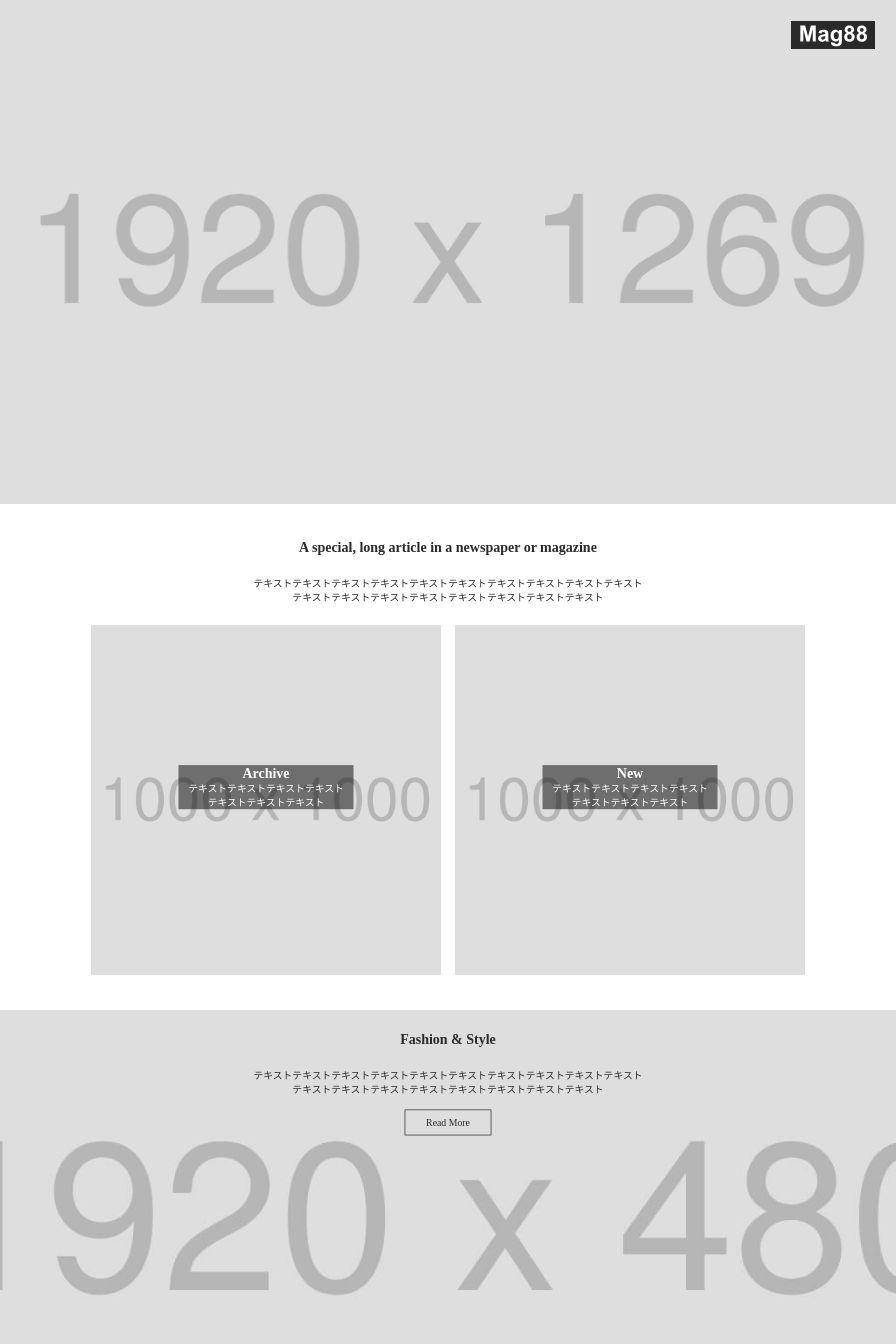
Repository: n19880405nick/challenge
Page: Codestep/Mag88/mag88.html
The author's editor kept a record of every edit. The page is drawn from the files as they stood at one moment, then again after the next edit.
The browser window is 1280 px wide. The pictures show the part of the page from y = 0 to 1920 px (the page is 3744 px tall), at 70% of full size.

Above is the page before.

### Codestep/Mag88/mag88.html
<!DOCTYPE html>
<html lang="ja">
  <head>
    <meta charset="UTF-8">
    <meta name="viewport" content="width=device-width,initial-scale=1.0">
    <title>Mag88</title>
    <link rel="stylesheet" href="mag88.css">
    <link rel="shortcut icon" href="img/favicon.ico">
  </head>

  <body>
    <main>
      <div class="main-visual">
        <img class="logo" src="img/logo.svg">
      </div>

      <div class="content1">
        <span class="title"><strong>A special, long article in a newspaper or magazine</strong></span>
        <span class="text">テキストテキストテキストテキストテキストテキストテキストテキストテキストテキスト<br>
                           テキストテキストテキストテキストテキストテキストテキストテキスト</span>
        <div class="contents-images">
          <div class="content-image">
            <a href="">
              <div class="inner">
                <span class="title"><strong>Archive</strong></span>
                <span class="inner-text">テキストテキストテキストテキスト<br>テキストテキストテキスト</span>
              </div>
            </a>
          </div>
          <div class="content-image">
            <a href="">
              <div class="inner">
                <span class="title"><strong>New</strong></span>
                <span class="inner-text">テキストテキストテキストテキスト<br>テキストテキストテキスト</span>
              </div>
            </a>
          </div>
        </div>
      </div>

      <div class="content2">
        <span class="title"><strong>Fashion & Style</strong></span>
        <span class="text">テキストテキストテキストテキストテキストテキストテキストテキストテキストテキスト<br>
                           テキストテキストテキストテキストテキストテキストテキストテキスト</span>
        <a href=""><span class="to-top">Read More</span></a>
      </div>

      <div class="content3">
        <div class="catalog-image"></div>
        <div class="catalog-text">
          <span class="title"><strong>Catalog</strong></span>
          <span class="text">
            テキストテキストテキストテキストテキストテキストテキストテキストテキスト
            テキストテキストテキストテキストテキストテキストテキストテキストテキスト
            テキストテキストテキストテキストテキストテキストテキストテキストテキスト<br><br>
            テキストテキストテキストテキストテキストテキストテキストテキストテキスト
            テキストテキストテキストテキストテキストテキストテキストテキストテキスト
            テキストテキストテキストテキストテキストテキストテキストテキストテキスト<br><br>
            テキストテキストテキストテキストテキストテキストテキストテキストテキスト
            テキストテキストテキストテキストテキストテキストテキストテキストテキスト
            テキストテキストテキストテキストテキストテキストテキストテキストテキスト
          </span>
        </div>
      </div>

      <div class="content4">
        <div class="antique-text">
          <span class="title"><strong>Antique</strong></span>
          <span class="text">
            テキストテキストテキストテキストテキストテキストテキストテキストテキスト
            テキストテキストテキストテキストテキストテキストテキストテキストテキスト
            テキストテキストテキストテキストテキストテキストテキストテキストテキスト<br><br>
            テキストテキストテキストテキストテキストテキストテキストテキストテキスト
            テキストテキストテキストテキストテキストテキストテキストテキストテキスト
            テキストテキストテキストテキストテキストテキストテキストテキストテキスト
          </span>
          <a href=""><span class="to-top">Read More</span></a>
        </div>
        <div class="antique-image"></div>
      </div>

      <div class="pre-footer">
        <a href=""><img class="logo" src="img/logo.svg"></a>
        <div class="pre-footer-list">
          <span class="pre-footer-title"><strong>タイトル</strong></span>
          <ul class="list">
            <li>- テキストテキストテキスト</li>
            <li>- テキストテキストテキスト</li>
            <li>- テキストテキストテキスト</li>
            <li>- テキストテキストテキスト</li>
            <li>- テキストテキストテキスト</li>
          </ul>
        </div>
        <div class="pre-footer-text">
          <span class="pre-footer-title"><strong>タイトルタイトルタイトル</strong></span>
          <span class="text">
            テキストテキストテキストテキストテキストテキストテキストテキストテキスト
            テキストテキストテキストテキストテキストテキストテキストテキストテキスト
            テキストテキストテキストテキストテキストテキストテキストテキストテキスト
          </span>
        </div>
      </div>

    </main>

    <footer>
      <span class="copyrights">© Mag88</span>
    </footer>
  </body>
</html>

### Codestep/Mag88/mag88.css
*{
  margin: 0;
  padding: 0;
  box-sizing: border-box;
}

body{
  font-family: Arial、Hiragino Sans、Hiragino Kaku Gothic ProN、Meiryo、sans-serif;
  font-size: 0.875rem;
  color: #2a2a2a;
}

.main-visual{
  width: 100%;
  height: 100vh;
  background-image: url("img/mainvisual.jpg");
  background-size: cover;
  background-position: center;
  position: relative;
}

.main-visual .logo{
  position: absolute;
  right: 30px;
  top: 30px;
}

.content1, .content2, .content3, .content4, .pre-footer{
  width: 1200px;
  padding: 0 5%;
  margin: 50px auto;
}

.content1{
  display: flex;
  flex-direction: column;
  align-items: center;
}

.title{
  font-size: 20px;
}

.text{
  margin: 30px 0;
  text-align: center;
}

.contents-images{
  display: flex;
  justify-content: center;
}

.content-image{
  width: 500px;
  height: 500px;
  margin: 0 10px;
  background-size: cover;
  background-position: center;
  position: relative;
}

.content-image:nth-child(1){
  background-image: url("img/magazine-archive.jpg");
}

.content-image:nth-child(2){
  background-image: url("img/magazine-new.jpg");
}

a{
  text-decoration: none;
}

a:hover{
  opacity: 0.7;
}

.inner{
  width: 50%;
  color: white;
  background-color: rgba(0, 0, 0, 0.5);
  position: absolute;
  top: 40%;
  left: 25%;
  display: flex;
  flex-direction: column;
  align-items: center;
}

.inner-text{
  text-align: center;
}

.content2{
  margin-top: 50px;
  padding-top: 30px;
  width: 100vw;
  height: 600px;
  background-image: url("img/fashion.jpg");
  background-size: cover;
  background-position: center;
  display: flex;
  flex-direction: column;
  align-items: center;
}

.to-top{
  color: #2a2a2a;
  padding: 10px 30px;
  border: solid 1px #2a2a2a;
}

.content3, .content4{
  width: 100vw;
  margin: 0;
  padding: 50px 5%;
  display: flex;
  justify-content: center;
  background-color: #f5f5f5;
}

.catalog-image, .antique-image{
  width: 500px;
  height: 500px;
  margin: 0 10px;
  background-size: cover;
  background-position: center;
}

.catalog-image{
  background-image: url("img/catalog.jpg");
}

.antique-image{
  background-image: url("img/antique.jpg");
}

.catalog-text, .antique-text{
  width: 500px;
  margin: 0 10px;
  padding-top: 40px;
  display: flex;
  flex-direction: column;
  align-items: center;
}

.catalog-text .text, .antique-text .text{
  margin-bottom: 50px;
  text-align: left;
}

.pre-footer{
  width: 100vw;
  background-color: black;
  color: white;
  padding: 100px 0;
  margin-top: 0;
  display: flex;
  justify-content: center;
}

.pre-footer .logo{
  padding-top: 50px;
}

.pre-footer-list{
  margin: 0 150px;
}

.list{
  margin-top: 20px;
  list-style: none;
}

.pre-footer-text{
  width: 390px;
  display: flex;
  flex-direction: column;
}

footer{
  display: flex;
  justify-content: center;
}

.copyrights{
  font-size: 10px;
  margin-bottom: 30px;
}

@media screen and (max-width: 896px){
  .content1, .content2{
    width: 100%;
    padding: 0 5%;
    margin: 50px auto;
  }

  .contents-images{
    flex-direction: column;
    align-items: center;
  }

  .content-image{
    width: 90vw;
    height: 90vh;
    margin-top: 30px;
  }

  .content2{
    margin-top: 50px;
    padding-top: 30px;
  }

  .content3, .content4{
    flex-direction: column;
    align-items: center;
  }

  .content4{
    margin-top: 0;
  }

  .catalog-image, .antique-image{
    width: 90vw;
    height: 90vh;
  }

  .catalog-text .text, .antique-text .text{
    margin-bottom: 0;
    width: 90vw;
  }

}

After the next edit:
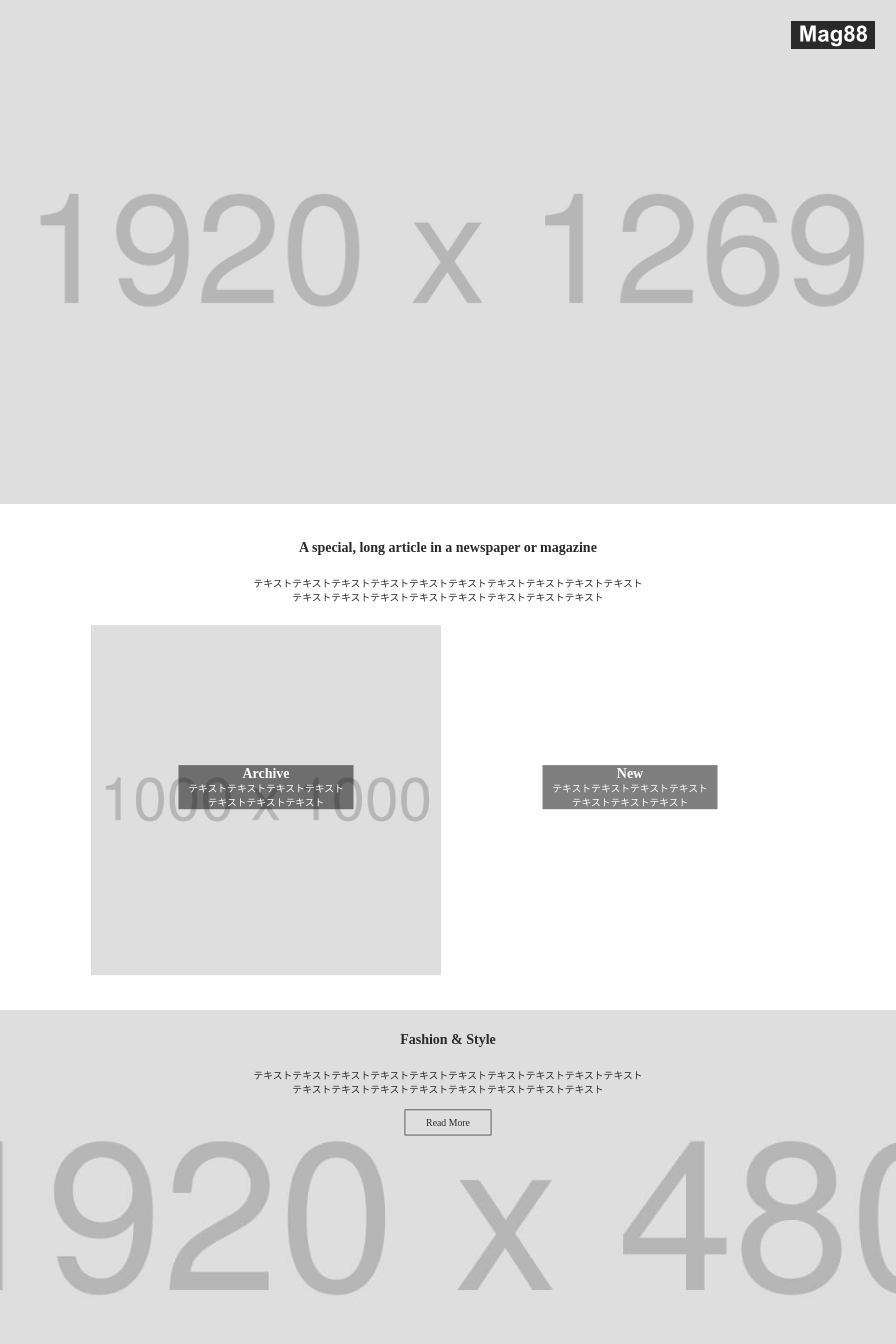
The edit:
--- a/Codestep/Mag88/mag88.html
+++ b/Codestep/Mag88/mag88.html
@@ -19,8 +19,8 @@
         <span class="text">テキストテキストテキストテキストテキストテキストテキストテキストテキストテキスト<br>
                            テキストテキストテキストテキストテキストテキストテキストテキスト</span>
         <div class="contents-images">
-          <div class="content-image">
-            <a href="">
+          <a href="">
+            <div class="content-image">
               <div class="inner">
                 <span class="title"><strong>Archive</strong></span>
                 <span class="inner-text">テキストテキストテキストテキスト<br>テキストテキストテキスト</span>

After the 3 edits that followed:
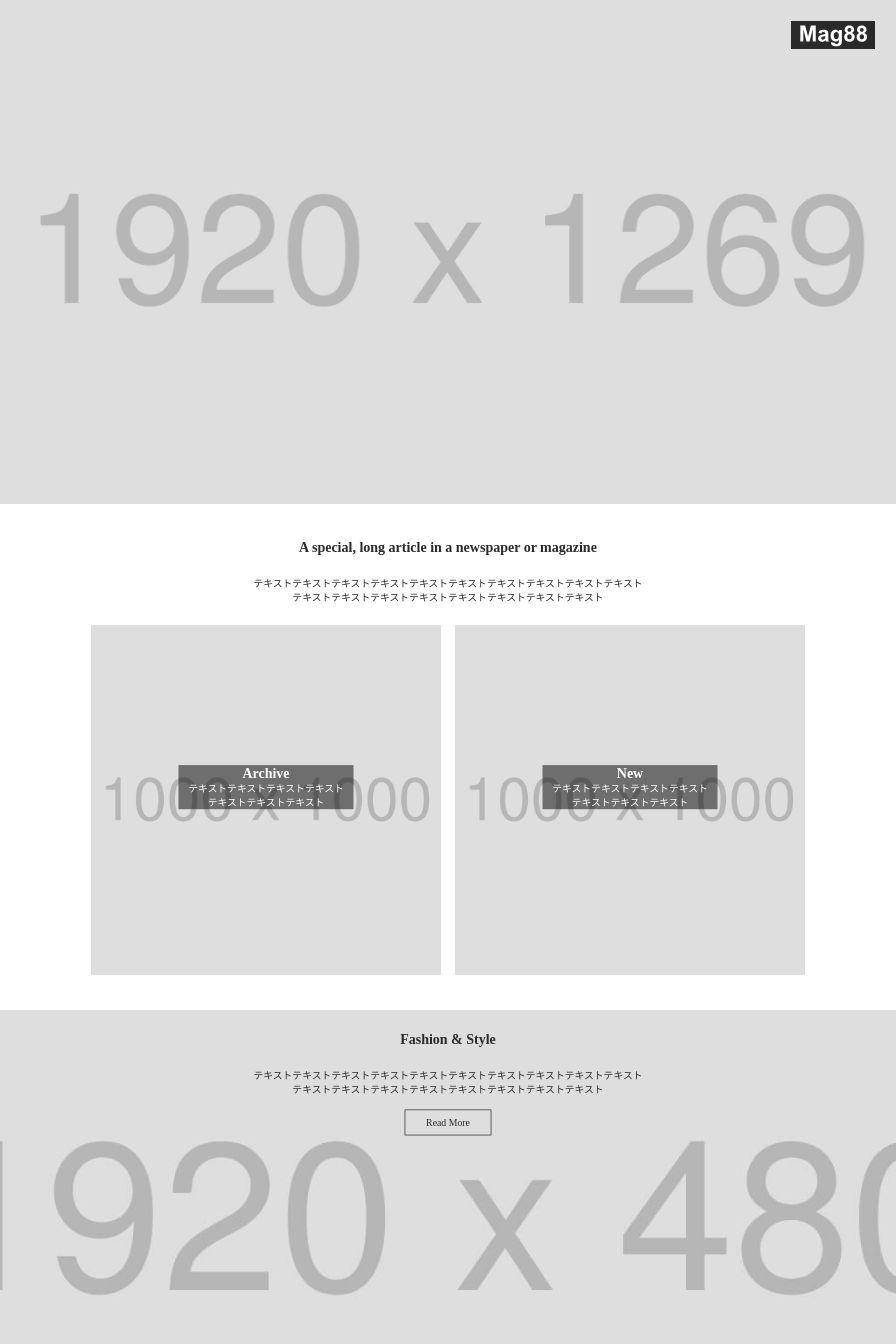
The 3 edits are shown as one change because 2 left the picture as it was.
The edit:
--- a/Codestep/Mag88/mag88.html
+++ b/Codestep/Mag88/mag88.html
@@ -25,16 +25,16 @@
                 <span class="title"><strong>Archive</strong></span>
                 <span class="inner-text">テキストテキストテキストテキスト<br>テキストテキストテキスト</span>
               </div>
-            </a>
-          </div>
-          <div class="content-image">
-            <a href="">
+            </div>
+          </a>
+          <a href="">
+            <div class="content-image">
               <div class="inner">
                 <span class="title"><strong>New</strong></span>
                 <span class="inner-text">テキストテキストテキストテキスト<br>テキストテキストテキスト</span>
               </div>
-            </a>
-          </div>
+            </div>
+          </a>
         </div>
       </div>
 
